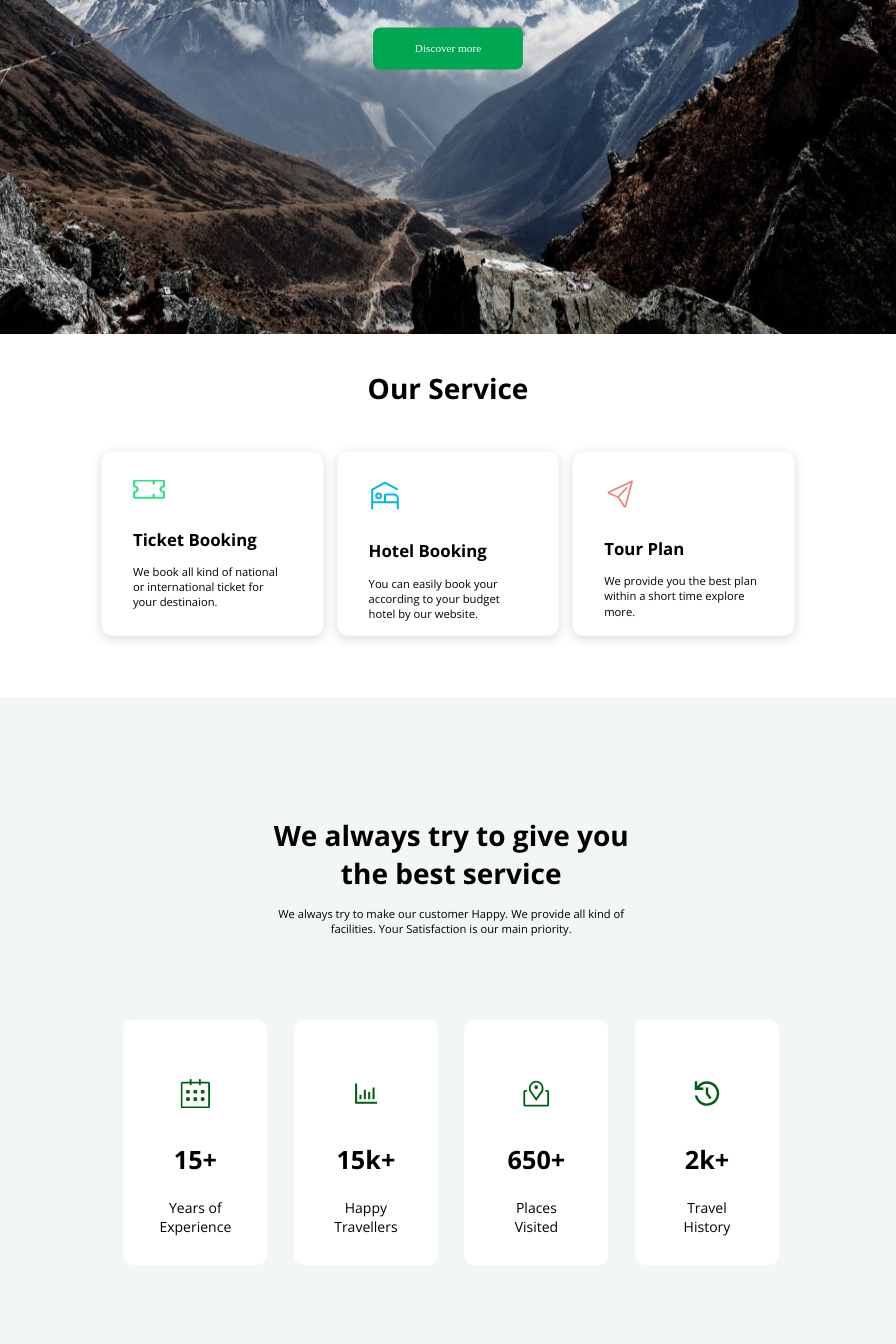
Repository: kubrazamanova/Background-Image
Page: index.html
The author's editor kept a copy of each file at every save. The page is drawn from the files as they stood at one save, then again after the next save.
The browser window is 1280 px wide. The pictures show the part of the page from y = 686 to 2606 px (the page is 2606 px tall before and 2586 px after), at 70% of full size.

Above is the page before, as saved 2023-10-17 19:06:45.

### index.html
<!DOCTYPE html>
<html lang="en">
  <head>
    <meta charset="UTF-8" />
    <meta name="viewport" content="width=device-width, initial-scale=1.0" />
    <link rel="stylesheet" href="index.css" />
    <title>Document</title>
  </head>
  <body>
    <div class="container">
      <div class="home-page">
        <nav>
          <img src="./image/Travel Goo.svg" alt="" />
          <ul>
            <li>
              <a href="#">HOME</a>
            </li>
            <li>
              <a href="#service-page">Service</a>
            </li>
            <li>
              <a href="#">About Us</a>
            </li>

            <li>
              <a href="#">Packages</a>
            </li>
          </ul>
          <div class="photo1">
            <img src="./image/star.svg" alt="" />
            <img src="./image/user.svg" alt="" />
          </div>
        </nav>

        <main>
          <h1>Your Imagination Is Your Only Limit</h1>
          <p>
            We always try to make our customer Happy. We provide all kind of
            facilities. Your Satisfaction is our main priority
          </p>
          <a href="#">Discover more</a>
        </main>
      </div>
      <div id="service-page">
        <div class="our-service-page">
          <h1>Our Service</h1>

          <ul>
            <li>
              <svg
                xmlns="http://www.w3.org/2000/svg"
                width="46"
                height="28"
                viewBox="0 0 46 28"
                fill="none"
              >
                <path
                  d="M44.3571 10.9036C44.7929 10.9036 45.2107 10.76 45.5188 10.5044C45.8269 10.2488 46 9.90215 46 9.54067V2.72591C46 2.00295 45.6538 1.30961 45.0376 0.7984C44.4214 0.287193 43.5857 0 42.7143 0H3.28571C2.41429 0 1.57855 0.287193 0.962363 0.7984C0.346172 1.30961 0 2.00295 0 2.72591V9.54067C0 9.90215 0.173086 10.2488 0.481182 10.5044C0.789277 10.76 1.20714 10.9036 1.64286 10.9036C2.51428 10.9036 3.35002 11.1908 3.96621 11.702C4.5824 12.2132 4.92857 12.9066 4.92857 13.6295C4.92857 14.3525 4.5824 15.0458 3.96621 15.557C3.35002 16.0682 2.51428 16.3554 1.64286 16.3554C1.20714 16.3554 0.789277 16.499 0.481182 16.7546C0.173086 17.0102 0 17.3569 0 17.7184V24.5332C0 25.2561 0.346172 25.9495 0.962363 26.4607C1.57855 26.9719 2.41429 27.2591 3.28571 27.2591H42.7143C43.5857 27.2591 44.4214 26.9719 45.0376 26.4607C45.6538 25.9495 46 25.2561 46 24.5332V17.7184C46 17.3569 45.8269 17.0102 45.5188 16.7546C45.2107 16.499 44.7929 16.3554 44.3571 16.3554C43.4857 16.3554 42.65 16.0682 42.0338 15.557C41.4176 15.0458 41.0714 14.3525 41.0714 13.6295C41.0714 12.9066 41.4176 12.2132 42.0338 11.702C42.65 11.1908 43.4857 10.9036 44.3571 10.9036ZM42.7143 18.9042V24.5332H31.2143V20.4443H27.9286V24.5332H3.28571V18.9042C4.69199 18.5992 5.93673 17.9161 6.82512 16.9617C7.71351 16.0073 8.19542 14.8354 8.19542 13.6295C8.19542 12.4237 7.71351 11.2518 6.82512 10.2974C5.93673 9.34297 4.69199 8.65984 3.28571 8.3549V2.72591H27.9286V6.81477H31.2143V2.72591H42.7143V8.3549C41.308 8.65984 40.0633 9.34297 39.1749 10.2974C38.2865 11.2518 37.8046 12.4237 37.8046 13.6295C37.8046 14.8354 38.2865 16.0073 39.1749 16.9617C40.0633 17.9161 41.308 18.5992 42.7143 18.9042Z"
                  fill="#32DF8F"
                />
              </svg>
              <b>Ticket Booking</b>
              <p>
                We book all kind of national or international ticket for your
                destinaion.
              </p>
            </li>

            <li>
              <svg
                xmlns="http://www.w3.org/2000/svg"
                width="45"
                height="45"
                viewBox="0 0 45 45"
                fill="none"
              >
                <path
                  d="M13.3594 21.0938C13.7766 21.0938 14.1844 21.2175 14.5313 21.4492C14.8782 21.681 15.1485 22.0105 15.3082 22.3959C15.4678 22.7813 15.5096 23.2055 15.4282 23.6146C15.3468 24.0238 15.1459 24.3997 14.8509 24.6947C14.5559 24.9897 14.1801 25.1906 13.7709 25.272C13.3617 25.3534 12.9376 25.3116 12.5522 25.1519C12.1667 24.9923 11.8373 24.7219 11.6055 24.375C11.3737 24.0281 11.25 23.6203 11.25 23.2031C11.25 22.6437 11.4722 22.1072 11.8678 21.7116C12.2634 21.316 12.7999 21.0938 13.3594 21.0938ZM13.3594 18.2812C12.3859 18.2813 11.4343 18.5699 10.6249 19.1107C9.81553 19.6516 9.18468 20.4203 8.81216 21.3196C8.43963 22.219 8.34216 23.2086 8.53207 24.1633C8.72199 25.1181 9.19075 25.9951 9.87909 26.6834C10.5674 27.3718 11.4444 27.8405 12.3992 28.0304C13.3539 28.2203 14.3435 28.1229 15.2429 27.7503C16.1423 27.3778 16.9109 26.747 17.4518 25.9376C17.9926 25.1282 18.2813 24.1766 18.2813 23.2031C18.2813 21.8978 17.7627 20.6459 16.8397 19.7228C15.9166 18.7998 14.6647 18.2812 13.3594 18.2812Z"
                  fill="#00B8E0"
                />
                <path
                  d="M35.1562 19.6875H23.9062C23.1603 19.6875 22.445 19.9838 21.9175 20.5112C21.3901 21.0387 21.0938 21.7541 21.0938 22.5V30.9375H5.625V14.9062L22.5 5.82185L40.1203 15.3L41.4422 12.825L23.1609 2.98122C22.9575 2.87289 22.7305 2.81622 22.5 2.81622C22.2695 2.81622 22.0425 2.87289 21.8391 2.98122L3.55781 12.825C3.33326 12.9445 3.14536 13.1228 3.01411 13.3407C2.88285 13.5586 2.81318 13.8081 2.8125 14.0625V42.1875H5.625V33.75H39.375V42.1875H42.1875V26.7187C42.1875 24.8539 41.4467 23.0655 40.1281 21.7469C38.8095 20.4283 37.0211 19.6875 35.1562 19.6875ZM23.9062 30.9375V22.5H35.1562C36.2751 22.5 37.3482 22.9444 38.1394 23.7356C38.9305 24.5268 39.375 25.5998 39.375 26.7187V30.9375H23.9062Z"
                  fill="#00B8E0"
                />
              </svg>
              <b>Hotel Booking</b>
              <p>
                You can easily book your according to your budget hotel by our
                website.
              </p>
            </li>

            <li>
              <svg
                xmlns="http://www.w3.org/2000/svg"
                width="41"
                height="41"
                viewBox="0 0 41 41"
                fill="none"
              >
                <path
                  d="M37.9926 1.59009C37.7551 1.39292 37.4665 1.26731 37.1604 1.22788C36.8543 1.18845 36.5432 1.23683 36.2635 1.36739L2.7016 17.1207V20.1689L16.7983 25.8076L25.8404 39.7187H28.8893L38.5227 3.25115C38.6008 2.9525 38.5925 2.6378 38.4986 2.34372C38.4047 2.04964 38.2293 1.78828 37.9926 1.59009ZM27.0069 36.8113L19.2348 24.8538L31.1947 11.7545L29.3024 10.0267L17.2488 23.2282L5.62605 18.5791L35.5307 4.54201L27.0069 36.8113Z"
                  fill="#E48B78"
                />
              </svg>
              <b>Tour Plan</b>
              <p>
                We provide you the best plan within a short time explore more.
              </p>
            </li>
          </ul>
        </div>
        <div class="best-service">
          <h1>We always try to give you the best service</h1>
          <p class="p-1">
            We always try to make our customer Happy. We provide all kind of
            facilities. Your Satisfaction is our main priority.
          </p>

          <ul>
            <li>
              <svg
                xmlns="http://www.w3.org/2000/svg"
                width="42"
                height="42"
                viewBox="0 0 42 42"
                fill="none"
              >
                <g clip-path="url(#clip0_10_30)">
                  <path
                    d="M39.375 3.93291L28.8658 3.93295V1.31714C28.8658 0.591982 28.2785 0.00463867 27.5533 0.00463867C26.8282 0.00463867 26.2408 0.591982 26.2408 1.31714V3.93229H15.7408V1.31714C15.7408 0.591982 15.1535 0.00463867 14.4283 0.00463867C13.7032 0.00463867 13.1158 0.591982 13.1158 1.31714V3.93229H2.625C1.17534 3.93229 0 5.10764 0 6.55729V39.3698C0 40.8194 1.17534 41.9948 2.625 41.9948H39.375C40.8247 41.9948 42 40.8194 42 39.3698V6.55729C42 5.10825 40.8247 3.93291 39.375 3.93291ZM39.375 39.3698H2.625V6.55729H13.1158V7.87964C13.1158 8.60475 13.7032 9.19214 14.4283 9.19214C15.1535 9.19214 15.7408 8.60475 15.7408 7.87964V6.55795H26.2408V7.88029C26.2408 8.60545 26.8282 9.19279 27.5533 9.19279C28.2785 9.19279 28.8658 8.60545 28.8658 7.88029V6.55795H39.375V39.3698ZM30.1875 20.9954H32.8125C33.537 20.9954 34.125 20.4074 34.125 19.6829V17.0579C34.125 16.3334 33.537 15.7454 32.8125 15.7454H30.1875C29.463 15.7454 28.875 16.3334 28.875 17.0579V19.6829C28.875 20.4074 29.463 20.9954 30.1875 20.9954ZM30.1875 31.4948H32.8125C33.537 31.4948 34.125 30.9074 34.125 30.1823V27.5573C34.125 26.8328 33.537 26.2448 32.8125 26.2448H30.1875C29.463 26.2448 28.875 26.8328 28.875 27.5573V30.1823C28.875 30.9081 29.463 31.4948 30.1875 31.4948ZM22.3125 26.2448H19.6875C18.963 26.2448 18.375 26.8328 18.375 27.5573V30.1823C18.375 30.9074 18.963 31.4948 19.6875 31.4948H22.3125C23.037 31.4948 23.625 30.9074 23.625 30.1823V27.5573C23.625 26.8334 23.037 26.2448 22.3125 26.2448ZM22.3125 15.7454H19.6875C18.963 15.7454 18.375 16.3334 18.375 17.0579V19.6829C18.375 20.4074 18.963 20.9954 19.6875 20.9954H22.3125C23.037 20.9954 23.625 20.4074 23.625 19.6829V17.0579C23.625 16.3328 23.037 15.7454 22.3125 15.7454ZM11.8125 15.7454H9.1875C8.463 15.7454 7.875 16.3334 7.875 17.0579V19.6829C7.875 20.4074 8.463 20.9954 9.1875 20.9954H11.8125C12.537 20.9954 13.125 20.4074 13.125 19.6829V17.0579C13.125 16.3328 12.537 15.7454 11.8125 15.7454ZM11.8125 26.2448H9.1875C8.463 26.2448 7.875 26.8328 7.875 27.5573V30.1823C7.875 30.9074 8.463 31.4948 9.1875 31.4948H11.8125C12.537 31.4948 13.125 30.9074 13.125 30.1823V27.5573C13.125 26.8334 12.537 26.2448 11.8125 26.2448Z"
                    fill="#005F15"
                  />
                </g>
                <defs>
                  <clipPath id="clip0_10_30">
                    <rect width="42" height="42" fill="white" />
                  </clipPath>
                </defs>
              </svg>
              <b>15+</b>
              <p>Years of Experience</p>
            </li>

            <li>
              <svg
                xmlns="http://www.w3.org/2000/svg"
                width="43"
                height="43"
                viewBox="0 0 43 43"
                fill="none"
              >
                <path
                  d="M37.2891 33.2578H8.39844V7.05469C8.39844 6.86992 8.24727 6.71875 8.0625 6.71875H5.71094C5.52617 6.71875 5.375 6.86992 5.375 7.05469V35.9453C5.375 36.1301 5.52617 36.2812 5.71094 36.2812H37.2891C37.4738 36.2812 37.625 36.1301 37.625 35.9453V33.5938C37.625 33.409 37.4738 33.2578 37.2891 33.2578ZM12.0938 29.8984H14.4453C14.6301 29.8984 14.7812 29.7473 14.7812 29.5625V23.5156C14.7812 23.3309 14.6301 23.1797 14.4453 23.1797H12.0938C11.909 23.1797 11.7578 23.3309 11.7578 23.5156V29.5625C11.7578 29.7473 11.909 29.8984 12.0938 29.8984ZM18.4766 29.8984H20.8281C21.0129 29.8984 21.1641 29.7473 21.1641 29.5625V16.125C21.1641 15.9402 21.0129 15.7891 20.8281 15.7891H18.4766C18.2918 15.7891 18.1406 15.9402 18.1406 16.125V29.5625C18.1406 29.7473 18.2918 29.8984 18.4766 29.8984ZM24.8594 29.8984H27.2109C27.3957 29.8984 27.5469 29.7473 27.5469 29.5625V19.4004C27.5469 19.2156 27.3957 19.0645 27.2109 19.0645H24.8594C24.6746 19.0645 24.5234 19.2156 24.5234 19.4004V29.5625C24.5234 29.7473 24.6746 29.8984 24.8594 29.8984ZM31.2422 29.8984H33.5938C33.7785 29.8984 33.9297 29.7473 33.9297 29.5625V12.7656C33.9297 12.5809 33.7785 12.4297 33.5938 12.4297H31.2422C31.0574 12.4297 30.9062 12.5809 30.9062 12.7656V29.5625C30.9062 29.7473 31.0574 29.8984 31.2422 29.8984Z"
                  fill="#005F15"
                />
              </svg>
              <b>15k+</b>
              <p>Happy Travellers</p>
            </li>

            <li>
              <svg
                xmlns="http://www.w3.org/2000/svg"
                width="43"
                height="43"
                viewBox="0 0 43 43"
                fill="none"
              >
                <path
                  d="M21.5 32.25L13.3166 20.6938C11.9771 19.1122 11.1145 17.1827 10.8292 15.1299C10.5439 13.0771 10.8478 10.9855 11.7053 9.09874C12.5628 7.21193 13.9387 5.60758 15.6728 4.47252C17.4068 3.33747 19.4277 2.71843 21.5 2.6875C24.3726 2.71589 27.1168 3.88155 29.1317 5.92918C31.1466 7.97681 32.2679 10.7395 32.25 13.6122C32.2511 16.1182 31.3979 18.5497 29.8312 20.5056L21.5 32.25ZM21.5 5.375C19.339 5.39982 17.2763 6.28119 15.7646 7.8256C14.253 9.37001 13.416 11.4512 13.4375 13.6122C13.4465 15.5846 14.1561 17.4896 15.4397 18.9872L21.5 27.5738L27.7216 18.8125C28.9042 17.3363 29.553 15.5036 29.5625 13.6122C29.584 11.4512 28.747 9.37001 27.2354 7.8256C25.7237 6.28119 23.6609 5.39982 21.5 5.375Z"
                  fill="#005F15"
                />
                <path
                  d="M21.5 14.7812C22.9843 14.7812 24.1875 13.578 24.1875 12.0938C24.1875 10.6095 22.9843 9.40625 21.5 9.40625C20.0157 9.40625 18.8125 10.6095 18.8125 12.0938C18.8125 13.578 20.0157 14.7812 21.5 14.7812Z"
                  fill="#005F15"
                />
                <path
                  d="M37.625 16.125H34.9375V18.8125H37.625V37.625H5.375V18.8125H8.0625V16.125H5.375C4.66223 16.125 3.97865 16.4081 3.47465 16.9122C2.97065 17.4162 2.6875 18.0997 2.6875 18.8125V37.625C2.6875 38.3378 2.97065 39.0213 3.47465 39.5253C3.97865 40.0294 4.66223 40.3125 5.375 40.3125H37.625C38.3378 40.3125 39.0213 40.0294 39.5253 39.5253C40.0294 39.0213 40.3125 38.3378 40.3125 37.625V18.8125C40.3125 18.0997 40.0294 17.4162 39.5253 16.9122C39.0213 16.4081 38.3378 16.125 37.625 16.125Z"
                  fill="#005F15"
                />
              </svg>
              <b>650+</b>
              <p>Places Visited</p>
            </li>

            <li>
              <svg
                xmlns="http://www.w3.org/2000/svg"
                width="35"
                height="35"
                viewBox="0 0 35 35"
                fill="none"
              >
                <path
                  d="M3.09169 19.7254C4.17377 26.6977 10.2404 32.0775 17.5015 32.0775C25.5209 32.0775 32.0819 25.5164 32.0819 17.497C32.0819 9.47767 25.5223 2.91663 17.5029 2.91663C12.6934 2.91663 8.46127 5.25142 5.83335 8.74996V2.91808L2.92106 2.91663L2.91669 13.125H13.125V10.2083L8.45981 10.2068C10.5 7.58475 13.8571 5.83329 17.5029 5.83329C23.9167 5.83329 29.1667 11.0833 29.1667 17.497C29.1667 23.9108 23.9167 29.1622 17.5015 29.1622C11.8461 29.1622 7.10065 25.0877 6.05502 19.7254H3.09169Z"
                  fill="#005F15"
                />
                <path
                  d="M16.0446 10.2069V17.939L20.7127 24.2054L23.046 22.4598L18.9612 17.0625V10.2069H16.0446Z"
                  fill="#005F15"
                />
              </svg>
              <b>2k+</b>
              <p>Travel History</p>
            </li>
          </ul>
        </div>
      </div>
    </div>
  </body>
</html>

### index.css
@import url("https://fonts.googleapis.com/css2?family=Open+Sans:wght@400;700&display=swap");
* {
  margin: 0;
  padding: 0;
  box-sizing: border-box;
}

.home-page {
  min-height: 100vh;
  background-image: url("./image/mount-everest-1313x875.jpg");
  background-repeat: no-repeat;
  background-size: 100% 100%;
}

.home-page nav {
  width: 100%;
  padding: 20px 145px 20px 136px;
  background-color: black;
  display: flex;
  justify-content: space-between;
  position: fixed;
}

.home-page ul {
  display: flex;
  align-items: center;
}

.home-page ul li a {
  margin-right: 76px;
  list-style-type: none;
  text-decoration: none;
  color: #fff;
  font-family: Open Sans;
  font-size: 20px;
  font-style: normal;
  font-weight: 600;
  line-height: normal;
}
.home-page .photo1 {
  display: flex;
  align-items: center;
}

.home-page .photo1 img {
  margin-right: 34px;
}

main {
  padding: 381px 475px 378px 475px;
  display: flex;
  flex-direction: column;
  justify-content: center;
  align-items: center;
}

.home-page h1 {
  width: 779px;
  color: #fff;
  text-align: center;
  font-family: Open Sans;
  font-size: 75px;
  font-style: normal;
  font-weight: 800;
  line-height: normal;
}

.home-page p {
  width: 568px;
  margin-top: 57px;
  color: #fff;
  text-align: center;
  font-family: Open Sans;
  font-size: 16px;
  font-style: normal;
  font-weight: 400;
  line-height: normal;
}

.home-page main a {
  display: block;
  margin-top: 39px;
  width: 214px;
  height: 60px;
  border-radius: 10px;
  background: #00a651;
  text-decoration: none;
  color: white;
  display: flex;
  justify-content: center;
  align-items: center;
}

.our-service-page {
  padding: 50px 145px 88px 145px;
  background-color: #fff;
}

.our-service-page h1 {
  color: #000;
  text-align: center;
  font-family: Open Sans;
  font-size: 40px;
  font-style: normal;
  font-weight: 700;
  line-height: normal;
}

.our-service-page ul {
  display: flex;
  justify-content: space-between;
  margin-top: 63px;
}

.our-service-page ul li {
  width: 32%;
  padding: 40px 50px 20px 45px;
  /* margin-right: 95px; */
  list-style-type: none;
  border-radius: 15px;
  background-color: #f9f9f9;
  border-radius: 15px;
  background: #fff;
  box-shadow: 0px 4px 16px 0px rgba(0, 0, 0, 0.15);
}

.our-service-page ul li svg {
  width: 46px;
  margin-bottom: 36px;
}

.our-service-page ul li b {
  /* width: 177px; */
  display: block;
  margin-bottom: 19px;
  color: #000;
  /* text-align: center; */
  font-family: Open Sans;
  font-size: 24px;
  font-style: normal;
  font-weight: 700;
  line-height: normal;
}

.our-service-page ul li p {
  /* width: 319px; */
  color: #000;
  font-family: Open Sans;
  font-size: 16px;
  font-style: normal;
  font-weight: 400;
  line-height: normal;
}

.best-service {
  padding: 169px 167px 113px 176px;
  /* min-height: 100vh; */
  background: rgba(0, 88, 83, 0.05);
  /* display: flex;
  flex-direction: column;
  justify-content: center;
  align-items: center; */
}

.best-service h1 {
  width: 518px;
  margin: auto;
  color: #000;
  text-align: center;
  font-family: Open Sans;
  font-size: 40px;
  font-style: normal;
  font-weight: 700;
  line-height: normal;
}

.best-service .p-1 {
  width: 495px;
  margin: auto;
  margin-top: 19px;
  color: #000;
  text-align: center;
  font-family: Open Sans;
  font-size: 16px;
  font-style: normal;
  font-weight: 400;
  line-height: normal;
}

.best-service ul {
  margin-top: 118px;
  display: flex;
  justify-content: space-between;
}

.best-service ul li {
  width: 22%;
  list-style-type: none;
  padding: 42px 63px;
  /* width: 250px;
  height: 250px; */
  border-radius: 15px;
  background: #fff;
  /* margin-right: 136px; */
  display: flex;
  flex-direction: column;
  align-items: center;
  gap: 30px;
}

.best-service svg {
  margin-top: 43px;
  width: 42px;
  height: 42px;
}

.best-service b {
  margin-top: 19px;
  color: #000;
  font-family: Open Sans;
  font-size: 36px;
  font-style: normal;
  font-weight: 700;
  line-height: normal;
}

.best-service p {
  color: #000;
  text-align: center;
  font-family: Open Sans;
  font-size: 20px;
  font-style: normal;
  font-weight: 400;
  line-height: normal;
}

After the next save:
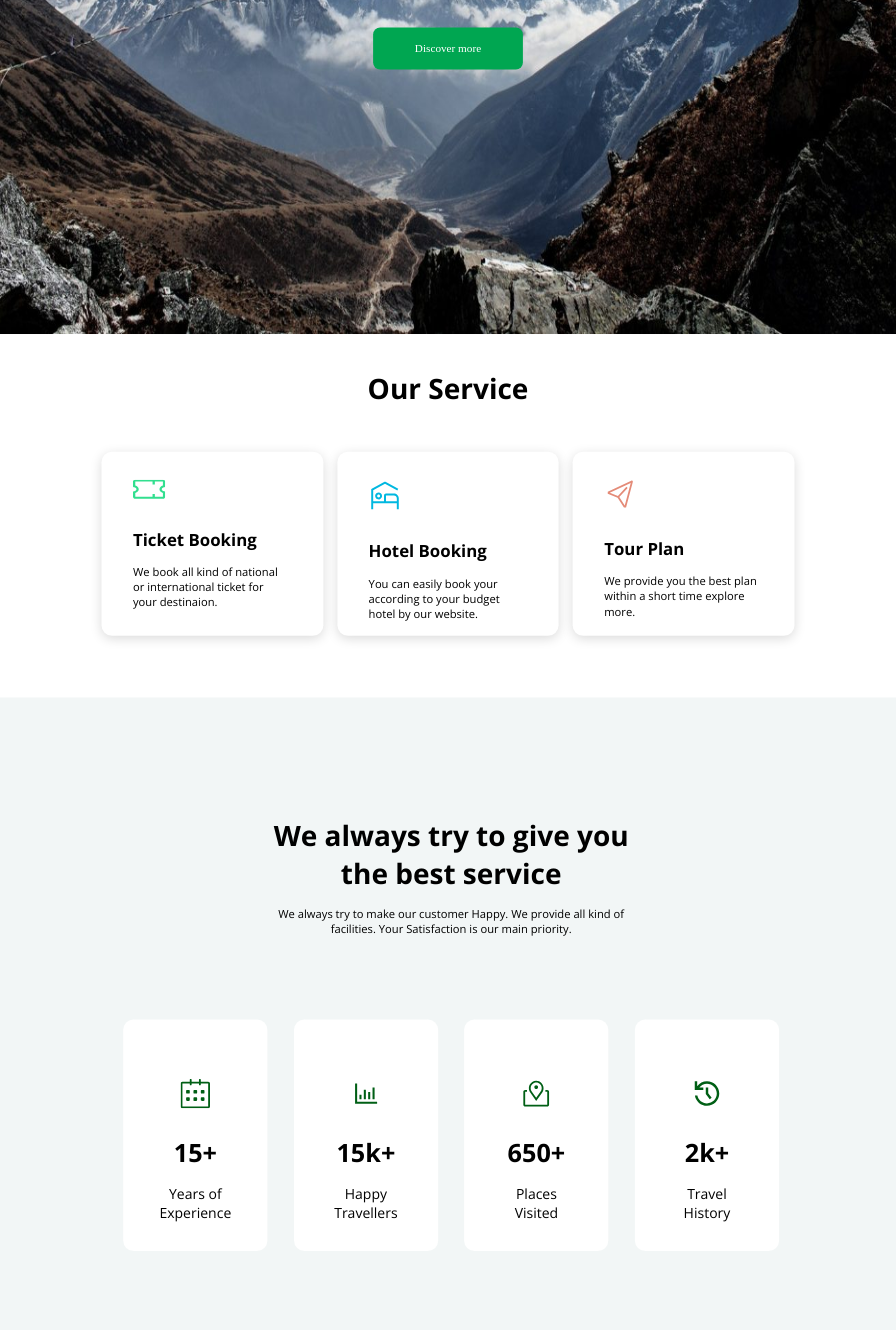
Saved 13 s later.
--- a/index.css
+++ b/index.css
@@ -205,7 +205,7 @@ main {
   display: flex;
   flex-direction: column;
   align-items: center;
-  gap: 30px;
+  gap: 20px;
 }
 
 .best-service svg {
